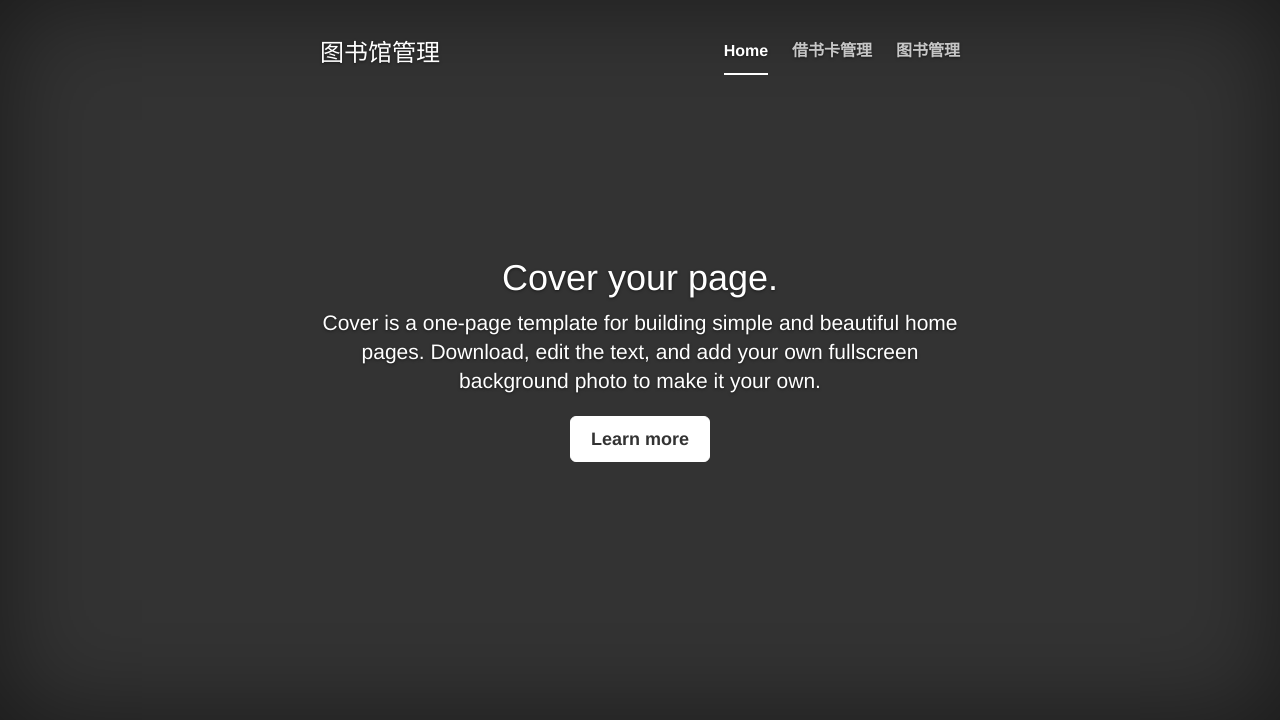
Repository: chaice/code
Page: http://localhost/web6/home
An editor plug-in stored every save of this project. The page is shown before and after the next save, followed by the edit.
The browser window is 1280 px wide. The pictures show the whole page.
Some web libraries are served in a nearby version. The page is served by Tomcat 9. The session is filled in as if someone had signed in: {"username": "testuser"}. Other server files are loaded and not shown.

Above is the page before, as saved 2016-06-01 09:35:21.

### web6/WebContent/WEB-INF/views/home.jsp
<%@ page language="java" contentType="text/html; charset=UTF-8"
    pageEncoding="UTF-8"%>
<!DOCTYPE html>
<html>
<head>
<meta charset="UTF-8">
<title>主页</title>
   <%@include file="head.jsp"%>
          <div class="inner cover">
            <h1 class="cover-heading">Cover your page.</h1>
            <p class="lead">Cover is a one-page template for building simple and beautiful home pages. Download, edit the text, and add your own fullscreen background photo to make it your own.</p>
            <p class="lead">
              <a href="#" class="btn btn-lg btn-default">Learn more</a>
            </p>
          </div>
        </div>
      </div>
    </div>
    <script src="//cdn.bootcss.com/jquery/1.11.3/jquery.min.js"></script>
    <script src="//cdn.bootcss.com/bootstrap/3.3.5/js/bootstrap.min.js"></script>

</body>
</html>

### web6/WebContent/WEB-INF/views/head.jsp
<%@ page language="java" contentType="text/html; charset=UTF-8"
	pageEncoding="UTF-8"%>
<link href="//cdn.bootcss.com/bootstrap/3.3.5/css/bootstrap.min.css"
	rel="stylesheet">
<style>
a,a:focus,a:hover {
	color: #fff;
}

.btn-default,.btn-default:hover,.btn-default:focus {
	color: #333;
	text-shadow: none;
	background-color: #fff;
	border: 1px solid #fff;
}

html,body {
	height: 100%;
	background-color: #333;
}

body {
	color: #fff;
	text-align: center;
	text-shadow: 0 1px 3px rgba(0, 0, 0, .5);
}

.site-wrapper {
	display: table;
	width: 100%;
	height: 100%;
	min-height: 100%;
	-webkit-box-shadow: inset 0 0 100px rgba(0, 0, 0, .5);
	box-shadow: inset 0 0 100px rgba(0, 0, 0, .5);
}

.site-wrapper-inner {
	display: table-cell;
	vertical-align: top;
}

.cover-container {
	margin-right: auto;
	margin-left: auto;
}

.inner {
	padding: 30px;
}

.masthead-brand {
	margin-top: 10px;
	margin-bottom: 10px;
}

.masthead-nav>li {
	display: inline-block;
}

.masthead-nav>li+li {
	margin-left: 20px;
}

.masthead-nav>li>a {
	padding-right: 0;
	padding-left: 0;
	font-size: 16px;
	font-weight: bold;
	color: #fff; /* IE8 proofing */
	color: rgba(255, 255, 255, .75);
	border-bottom: 2px solid transparent;
}

.masthead-nav>li>a:hover,.masthead-nav>li>a:focus {
	background-color: transparent;
	border-bottom-color: #a9a9a9;
	border-bottom-color: rgba(255, 255, 255, .25);
}

.masthead-nav>.active>a,.masthead-nav>.active>a:hover,.masthead-nav>.active>a:focus
	{
	color: #fff;
	border-bottom-color: #fff;
}

@media ( min-width : 768px) {
	.masthead-brand {
		float: left;
	}
	.masthead-nav {
		float: right;
	}
}

.cover {
	padding: 0 20px;
}

.cover .btn-lg {
	padding: 10px 20px;
	font-weight: bold;
}

.mastfoot {
	color: #999; /* IE8 proofing */
	color: rgba(255, 255, 255, .5);
}

@media ( min-width : 768px) {
	.masthead {
		position: fixed;
		top: 0;
	}
	.mastfoot {
		position: fixed;
		bottom: 0;
	}
	.site-wrapper-inner {
		vertical-align: middle;
	}
	.masthead,.mastfoot,.cover-container {
		width: 100%;
	}
}

@media ( min-width : 992px) {
	.masthead,.mastfoot,.cover-container {
		width: 700px;
	}
}
</style>
</head>
<body>
<%
String name = (String)session.getAttribute("username");
if(name == null){
response.sendRedirect("/login");
}
%>
	<div class="site-wrapper">
		<div class="site-wrapper-inner">
			<div class="cover-container">
				<div class="masthead clearfix">
					<div class="inner">
						<h3 class="masthead-brand">图书馆管理</h3>
						<nav>
							<ul class="nav masthead-nav">
								<li class="active"><a href="/home">Home</a></li>
								<li><a href="#">借书卡管理</a></li>
								<li><a href="#">图书管理</a></li>
							</ul>
							<ol class="nav masthead-nav">
							<li><a></a></li>
							</ol>
						</nav>
					</div>
				</div>

### web6/src/com/ccit/mservlet/Home.java
package com.ccit.mservlet;

import java.io.IOException;
import javax.servlet.ServletException;
import javax.servlet.http.HttpServlet;
import javax.servlet.http.HttpServletRequest;
import javax.servlet.http.HttpServletResponse;

public class Home extends HttpServlet {
	private static final long serialVersionUID = 1L;
    public Home() {
        super();
    }
	protected void doGet(HttpServletRequest request, HttpServletResponse response) throws ServletException, IOException {
		request.getRequestDispatcher("/WEB-INF/views/home.jsp").forward(request, response);
	}
}

After the next save:
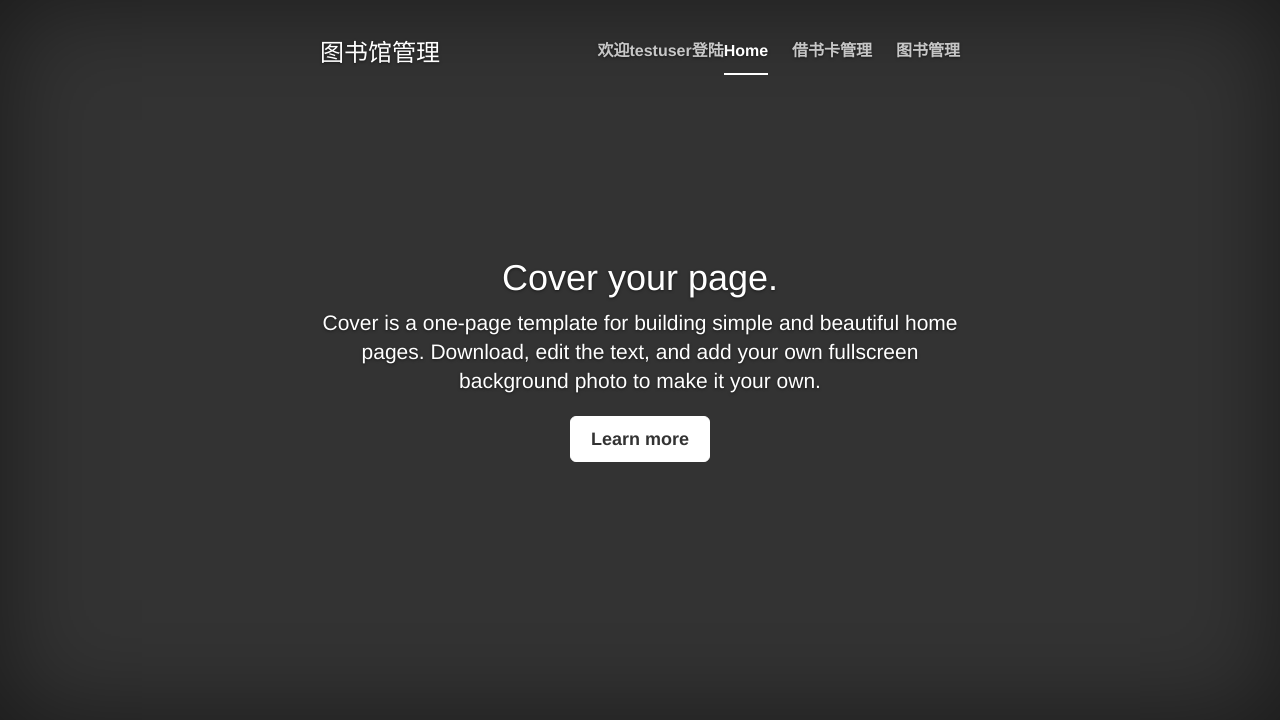
Saved 29 s later.
--- a/web6/WebContent/WEB-INF/views/head.jsp
+++ b/web6/WebContent/WEB-INF/views/head.jsp
@@ -131,12 +131,12 @@ body {
 </style>
 </head>
 <body>
-<%
-String name = (String)session.getAttribute("username");
-if(name == null){
-response.sendRedirect("/login");
-}
-%>
+	<%
+		String name = (String) session.getAttribute("username");
+		if (name == null) {
+			response.sendRedirect("/login");
+		}
+	%>
 	<div class="site-wrapper">
 		<div class="site-wrapper-inner">
 			<div class="cover-container">
@@ -150,7 +150,8 @@ response.sendRedirect("/login");
 								<li><a href="#">图书管理</a></li>
 							</ul>
 							<ol class="nav masthead-nav">
-							<li><a></a></li>
+								<li><a>欢迎<%=name%>登陆
+								</a></li>
 							</ol>
 						</nav>
 					</div>
